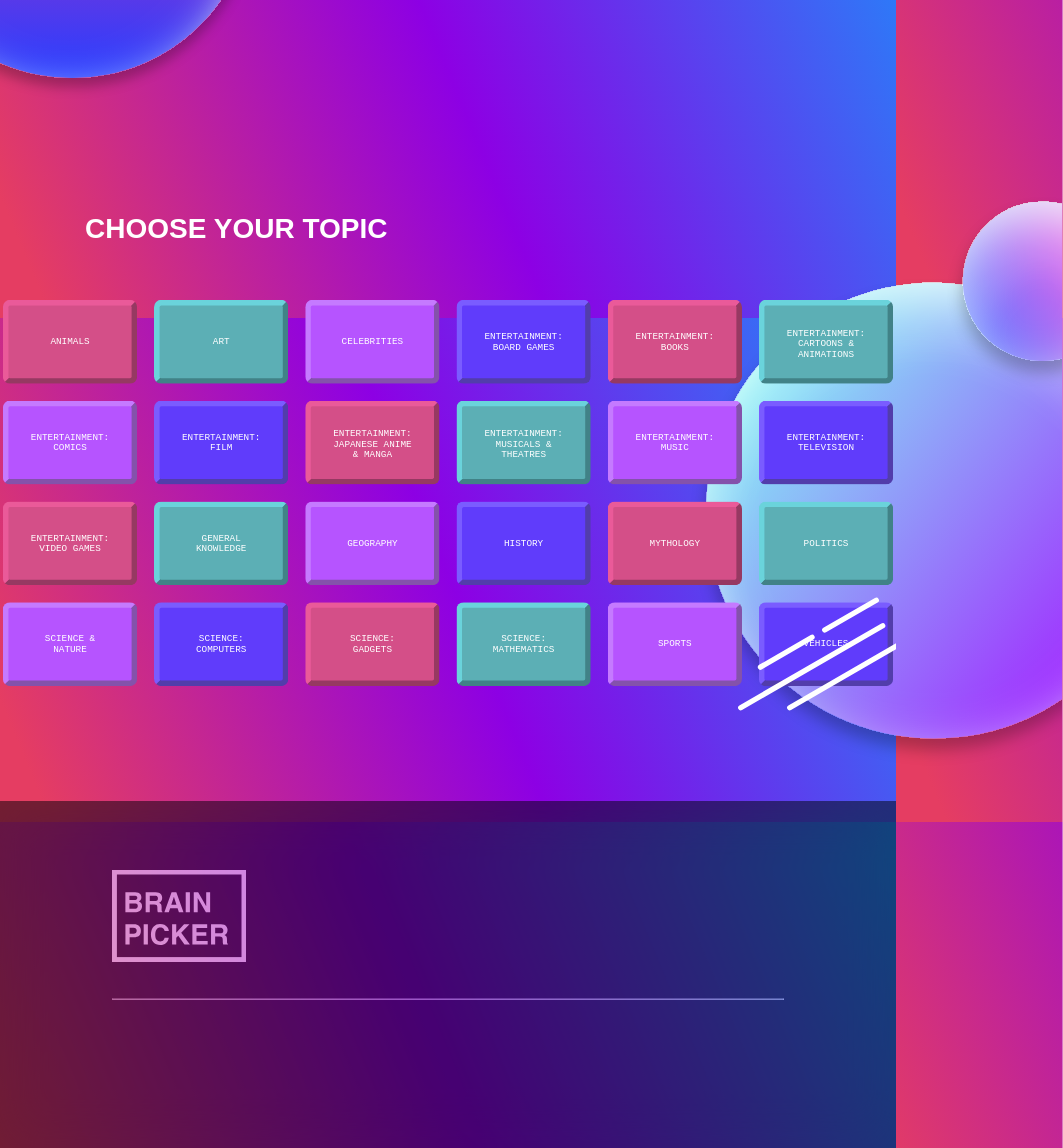
Repository: pjiang604/COMP-2170_Final-Project
Page: index.html
These files come from the project's save history. The page is drawn as it stood at one moment and after the next save; the edit follows.
The browser window is 1280 px wide. The page is 1518 px wide, so the pictures cover 1518 px, including what lies to the right of the window. The pictures show the part of the page from y = 986 to 2626 px (the page is 2626 px tall before and 2562 px after), at 70% of full size.
Backgrounds fixed to the window are drawn as part of the page.

Above is the page before, as saved 2023-04-30 14:20:11.

### index.html
<!DOCTYPE html>
<html lang="en">
  <head>
    <meta charset="UTF-8">
    <meta http-equiv="X-UA-Compatible" content="IE=edge">
    <meta name="viewport" content="width=device-width, initial-scale=1.0">
    <link rel="stylesheet" href="style.css">
    <title> Brain Picker </title>
    <script src="/easy.js"></script>
    <script src="/medium.js"></script>
    <script src="/hard.js"></script>
  </head>
  <body>
    <div class="container">
      <div class="graphic__left">
        <img class="bottom__left_sphere" src="/Assets/bg_graphics/bottom_left_sphere_group.svg" alt="">
        <img class="left__shooting_star" src="/Assets/bg_graphics/shooting_star_left.svg" alt="">
      </div>
      <div class="left__containers">
        <div class="left__container_top"></div>
        <div class="left__container_bottom"></div>
      </div>
      <div class="quiz__container">
        <div class="left__content">
          <h1> BRAIN PICKER </h1>
          <p> Explore your knowledge with our engaging and thought-provoking trivia questions covering various fascinating topics! </p>
        </div>
        <div class="right__content">
          <div class="graphics">
            <img class="shooting__star_top" src="/Assets/bg_graphics/shooting_star_alt.svg" alt="">
            <img class="top__right_sphere" src="/Assets/bg_graphics/top_right_sphere_group.svg" alt="">
            <img class="star__right" src="/Assets/bg_graphics/shooting_star_right.svg" alt="">
          </div>
          <div class="quiz__button">
            <a href="#">
              <button class="take__quiz_button"> TAKE OUR QUIZ </button>
              <img class="quiz__arrow" src="/Assets/buttons/arrow-head.svg" alt="">
            </a>
          </div>
        </div>
      </div>
    </div>
    <div class="bottom__containers">
      <div class="bottom__container_left">
        <a href="#">
          <button class="categories__button"> OUR CATEGORIES </button>
        </a>
        <img class="categories__arrow" src="/Assets/buttons/arrow-head.svg" alt="" width="30px">
      </div>
      <div class="bottom__container_right"></div>
    </div>

    <div class="categories__section">
      <h1 class="topics_header">CHOOSE YOUR TOPIC</h1>

      <div class="categories_container">
        <button class='topic_button1' id="animals">animals</button>
        <button class='topic_button2' id="art">art</button>
        <button class='topic_button3' id="celebrities">celebrities</button>
        <button class='topic_button4' id="board_games">entertainment: board games</button>
        <button class='topic_button1' id="books">entertainment: books</button>
        <button class='topic_button2' id="cartoons_animations">entertainment: cartoons & animations</button>
        <button class='topic_button3' id="comics">entertainment: comics</button>
        <button class='topic_button4' id="film">entertainment: film</button>
        <button class='topic_button1' id="japanese_anime">entertainment: japanese anime & manga</button>
        <button class='topic_button2' id="musicals_theatre">entertainment: musicals & theatres</button>
        <button class='topic_button3' id="music">entertainment: music</button>
        <button class='topic_button4' id="television">entertainment: television</button>
        <button class='topic_button1' id="video_games">entertainment: video games</button>
        <button class='topic_button2' id="general_knwoledge">general knowledge</button>
        <button class='topic_button3' id="geography">geography</button>
        <button class='topic_button4' id="history">history</button>
        <button class='topic_button1' id="mythology">mythology</button>
        <button class='topic_button2' id="politics">politics</button>
        <button class='topic_button3' id="science_nature">science & nature</button>
        <button class='topic_button4' id="computers">science: computers</button>
        <button class='topic_button1' id="gadgets">science: gadgets </button>
        <button class='topic_button2' id="mathematics">science: mathematics</button>
        <button class='topic_button3' id="sports">sports</button>
        <button class='topic_button4' id="vehicles">vehicles</button>
      </div>
      <div class="graphics_bottom">
        <img class="shooting__star_top" src="/Assets/bg_graphics/shooting_star_alt.svg" alt="">
        <img class="bottom_right_sphere" src="/Assets/bg_graphics/bottom_right_sphere_group.svg" alt="">
        <img class="star__right" src="/Assets/bg_graphics/shooting_star_right.svg" alt="">
      </div>
    </div>

  </body>
  <footer>
    <div class="footer_container">\
      <div class="logo_container">
        <img class="brain_picker_logo" src="/Assets/logo/brain_picker_logo.svg" alt="">
      </div>

      <div class="names_container">
        <h6>GLENDA</h6>
        <h6>PATRICIA</h6>
        <h6>JIMMY</h6>
        <h6>JULIET</h6>
        <hr>
        <p>BRAINPICKER 2023 | ALL RIGHTS RESERVED</p>
      </div>

    </div>
  </footer>
</html>

### style.css
:root {
	--primary-font: Arial, Helvetica, sans-serif;
	--secondary-font: 'Courier New', Courier, monospace;
	--font-weight-general: normal;
	--font-weight-light: 100;
	--font-weight-bold: bold;
	--font-size-body: 12pt;
	--font-size-heading: 30pt;
	--font-size-sub-heading: 22pt;

	--white: #fff;
	--black: #000000;
	--crimson: #d44f88;
	--crimson-2:#ea5a99;
	--teal:#5CAFB5;
	--teal-2:#6ad3db;
	--indigo:#603CFB;
	--indigo-2:#7a5cff;
	--purple: #B654FF;
	--purple-2:#c57aff;
}

h1 {
	font-size: var(--font-size-heading);
	font-weight: var(--font-weight-bold);
	font-family: var(--primary-font);
}

h2 {
	font-size: var(--font-size-sub-heading);
	font-weight: var(--font-weight-bold);
	font-family: var(--primary-font);
}

p {
	font-size: var(--font-size-body);
	font-weight: var(--font-weight-general);
	font-family: var(--primary-font);
}

* {
	margin: 0;
}

body {
	/* Linear gradient bg */
	background: linear-gradient(247.38deg, #2189FA 0.96%, #8D00E4 50.19%, #E53D62 95.42%);
	min-height: 2000px;
	background-attachment: fixed;
	background-position: center;
	background-repeat: no-repeat;
	background-size: cover;
	max-width: 100%;
}

/**Main container**/
.container {
	display: flex;
}

.bottom__left_sphere {
	position: absolute;
	width: 30rem;
	top: 35rem;
	z-index: -1;
}

.left__shooting_star {
	width: 17rem;
	position: absolute;
	top: 21rem;
}

/**Left containers**/
.left__container_top {
	box-sizing: border-box;
	display: flex;
	width: 372px;
	height: 334px;
	border: 0.25px solid #FFFFFF;
	border-radius: 21px;
}

.left__container_bottom {
	box-sizing: border-box;
	display: flex;
	width: 372px;
	height: 637px;
	border: 0.25px solid #FFFFFF;
	border-radius: 21px;
}

/**Bottom containers**/
.bottom__containers {
	display: flex;
	margin-top: -16.2rem;
	/* justify-content: end; */
	padding-left: 23.2rem;
}

.bottom__container_left {
	box-sizing: border-box;
	display: flex;
	width: 52.8rem;
	height: 257px;
	border: 0.25px solid #FFFFFF;
	border-radius: 21px;
}

.bottom__container_right {
	box-sizing: border-box;
	display: flex;
	width: 303px;
	height: 257px;
	border: 0.25px solid #FFFFFF;
	border-radius: 21px;
}

/**Quiz Section**/
.quiz__container {
	box-sizing: border-box;
	display: flex;
	width: 71.6rem;
	height: 44.5rem;
	border: 0.15px solid #FFFFFF;
	border-radius: 21px;
}

.shooting__star_top {
	position: absolute;
	right: 32rem;
	top: 2rem;
}

.top__right_sphere {
	display: flex;
	justify-content: end;
}

.star__right {
	display: flex;
	position: relative;
	float: right;
	bottom: 8rem;
}

.left__content {
	color: var(--white);
	width: 40rem;
	padding-left: 2.5rem;
	padding-top: 28rem;
}

.take__quiz_button {
	border: none;
	text-decoration: underline;
	text-underline-offset: 5px;
	color: var(--white);
	background: none;
	padding-left: 11rem;
	cursor: pointer;
}

.quiz__button>a {
	text-decoration: none;
}


.categories__button {
	border: none;
	text-decoration: underline;
	text-underline-offset: 5px;
	color: var(--white);
	background: none;
	padding-left: 22rem;
	padding-top: 7rem;
	cursor: pointer;
}

.categories__arrow {
	rotate: 90deg;
	margin-top: 2.5rem;
	position: absolute;
	left: 48rem;
	top: 50.5rem;
}

.bottom__container_left>a {
	text-decoration: none;
}


/** Topics Section **/
.categories__section{
	display: flex;
	flex-direction: column;
	align-items: left;
	justify-content: center;
	margin-top: 20rem;
}
.topics_header{
	color: var(--white);
	margin-left: 7.6rem;
}

.categories_container{
	font-family: var(--secondary-font);
	display: grid;
	grid-template-columns: 12rem 12rem 12rem 12rem 12rem 12rem;
	gap: 1.5rem;
	align-items: center;
	justify-content: center;
	padding-top: 5rem;
}

.topic_button1{
	font-family: var(--secondary-font);
	border-width: .5rem;
	height: 7.5rem;
    color: var(--white);
    border-radius: 0.656rem;
    background-color: var(--crimson);
    border-color: var(--crimson-2);
	padding: 2rem;
	text-transform: uppercase;

}

.topic_button2{
	font-family: var(--secondary-font);
	background-color: var(--teal);
	height: 7.5rem;
	color: var(--white);
	border-radius: 0.656rem;
	border-color: var(--teal-2);
	border-width: .5rem;
	text-transform: uppercase;
	padding: 2rem;
}
.topic_button3{
	font-family: var(--secondary-font);
	background-color:var(--purple);
	height: 7.5rem;
	color: var(--white);
	border-radius: 0.656rem;
	border-color:var(--purple-2);
	border-width: .5rem;
	text-transform: uppercase;
	padding: 2rem;
}
.topic_button4{
	font-family: var(--secondary-font);
	background-color:var(--indigo);
	height: 7.5rem;
	color: var(--white);
	border-radius: 0.656rem;
	border-color: var(--indigo-2);
	border-width: .5rem;
	text-transform: uppercase;
	padding: 2rem;
}

.bottom_right_sphere{
	position: absolute;
	width: 40rem;
	left: 54.80rem;
	top: 70rem;
	z-index: -1;
}



/** Footer **/

.footer_container{
	height: 21rem;
	background: var(--black);
	opacity:50%;
	padding: 5rem 10rem;
	backdrop-filter: blur(35px);
}

Loaded but not shown: easy.js (no stored copy; drawn as an empty file); medium.js (no stored copy; drawn as an empty file); hard.js (no stored copy; drawn as an empty file)

After the next save:
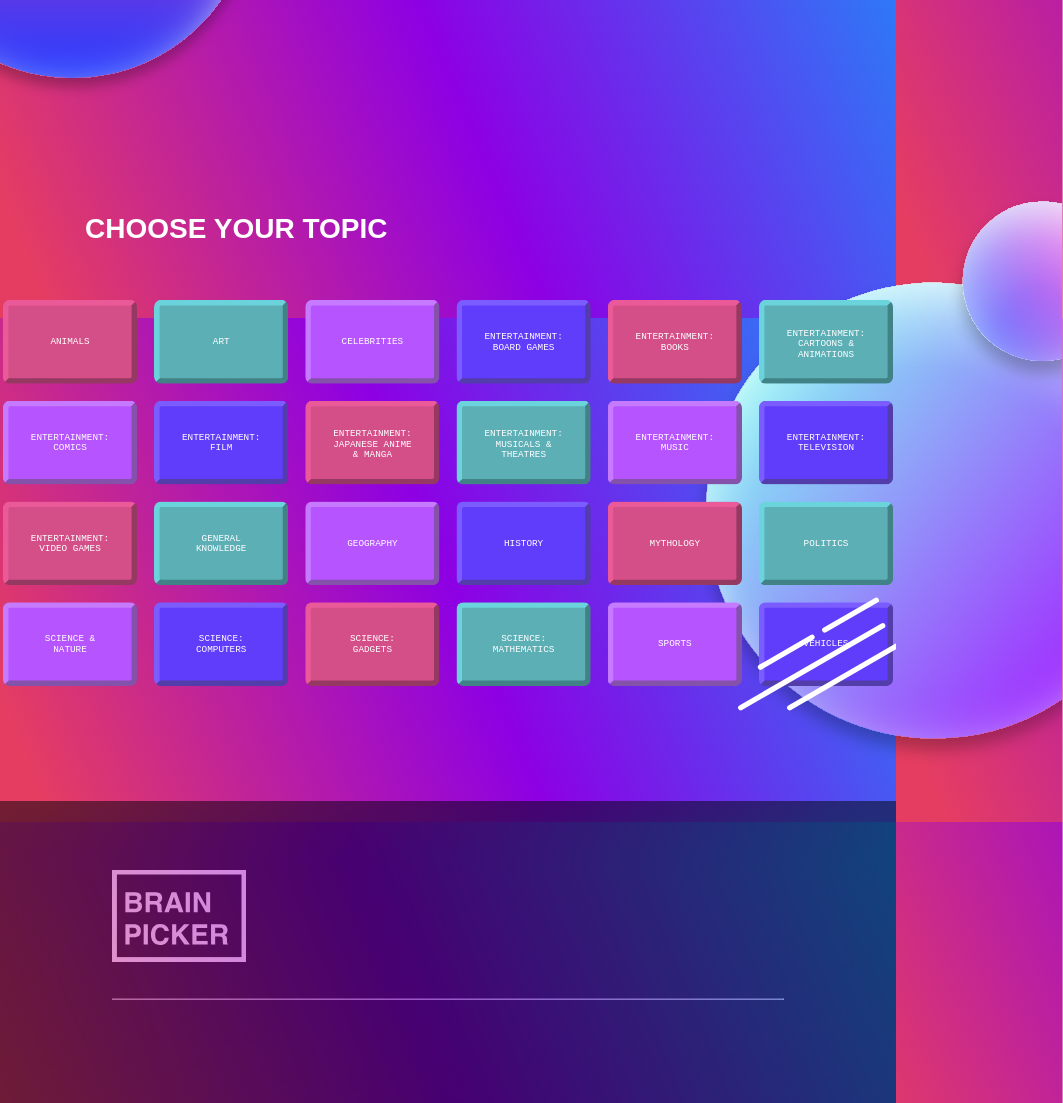
Saved 8 s later.
--- a/style.css
+++ b/style.css
@@ -273,7 +273,7 @@ body {
 /** Footer **/
 
 .footer_container{
-	height: 21rem;
+	height: 17rem;
 	background: var(--black);
 	opacity:50%;
 	padding: 5rem 10rem;
